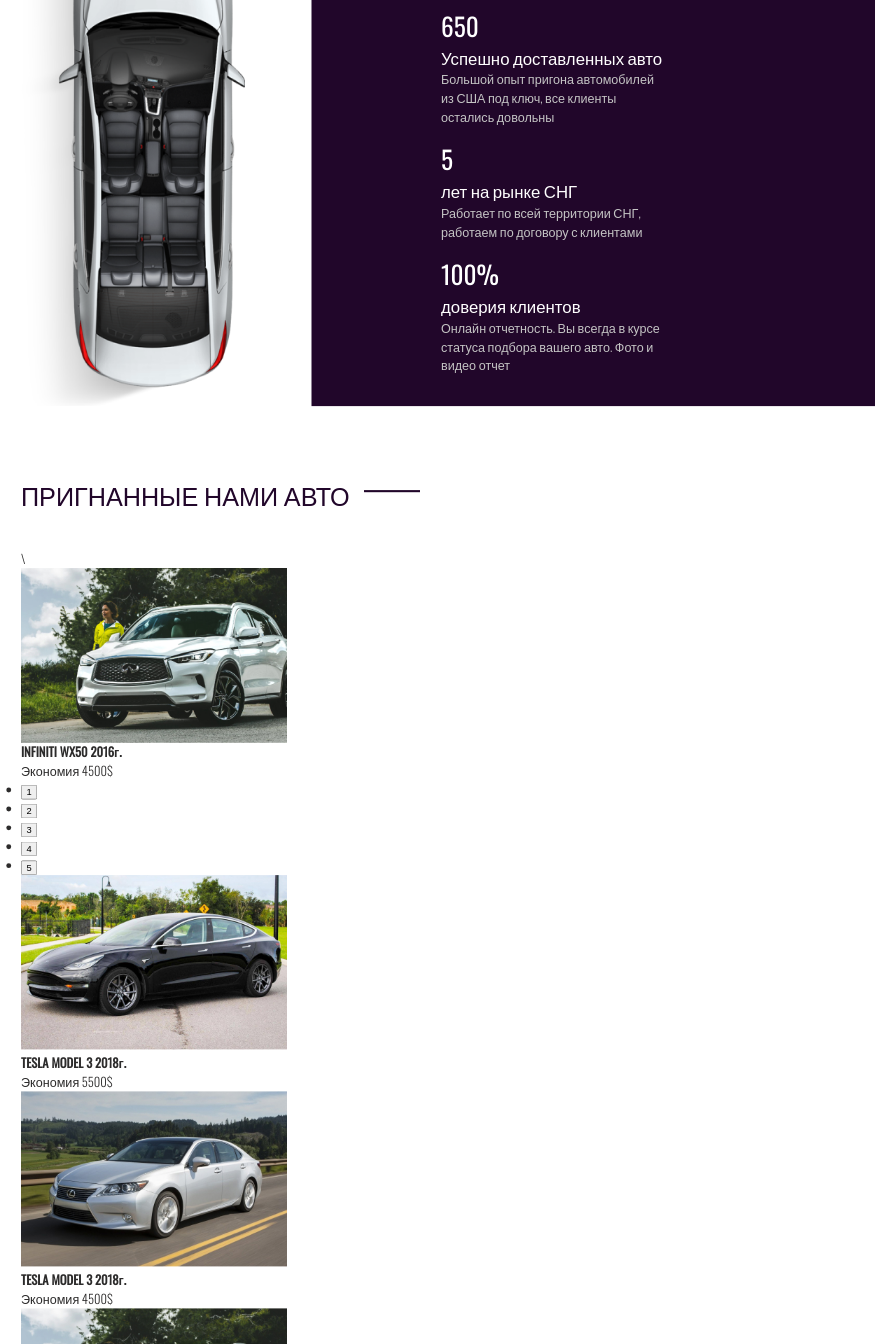
Repository: AlexandrLewandowski/site-1
Page: index.html
These files come from the project's save history. The page is drawn as it stood at one moment and after the next save; the edit follows.
The browser window is 1280 px wide. The pictures show the part of the page from y = 2113 to 4033 px (the page is 4392 px tall), at 70% of full size.

Above is the page before, as saved 2024-05-06 18:04:35.

After the next save:
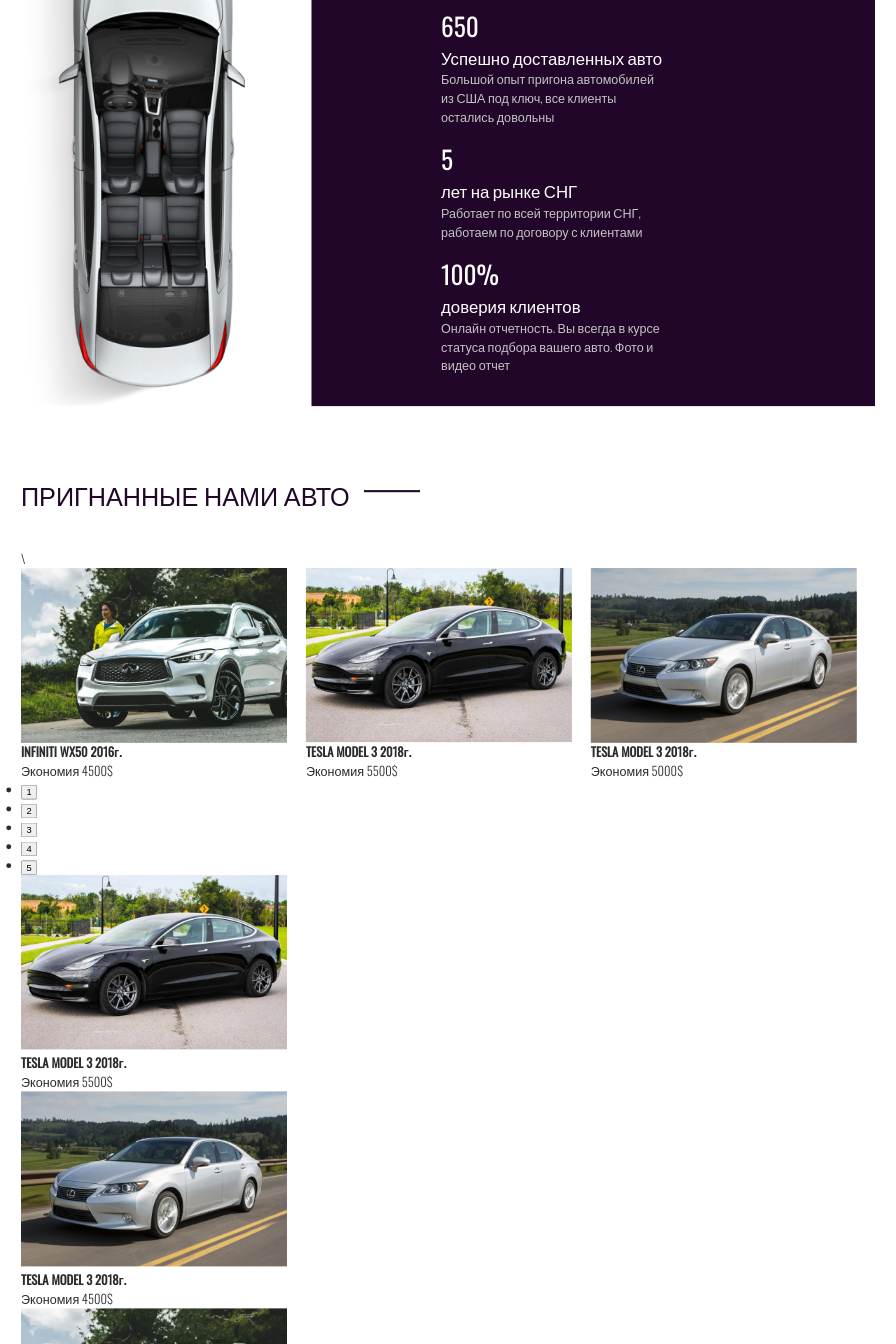
Saved 84 s later.
--- a/js/main.js
+++ b/js/main.js
@@ -3,6 +3,7 @@
     $('.carousel__inner').slick({
         arrows: false,
         dots: true,
+        slidesToShow: 3
     });
 
 
